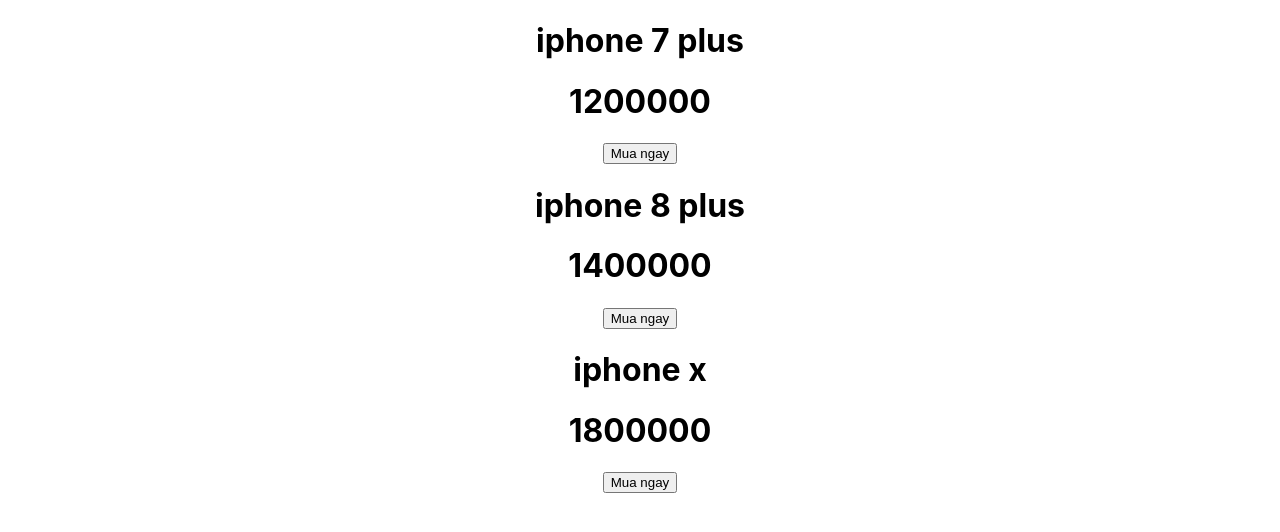
Repository: anhcanh1007/learn_react_2024
Page: /
The author's editor kept a copy of each file at every save. The page is drawn from the files as they stood at one save, then again after a run of saves.
The browser window is 1280 px wide. The pictures show the whole page.
The project was rebuilt for these pictures with package versions that can differ from the ones it lists, and the page was loaded fresh each time.

Above is the page before, as saved 2024-02-21 14:53:54.

After the next 3 saves:
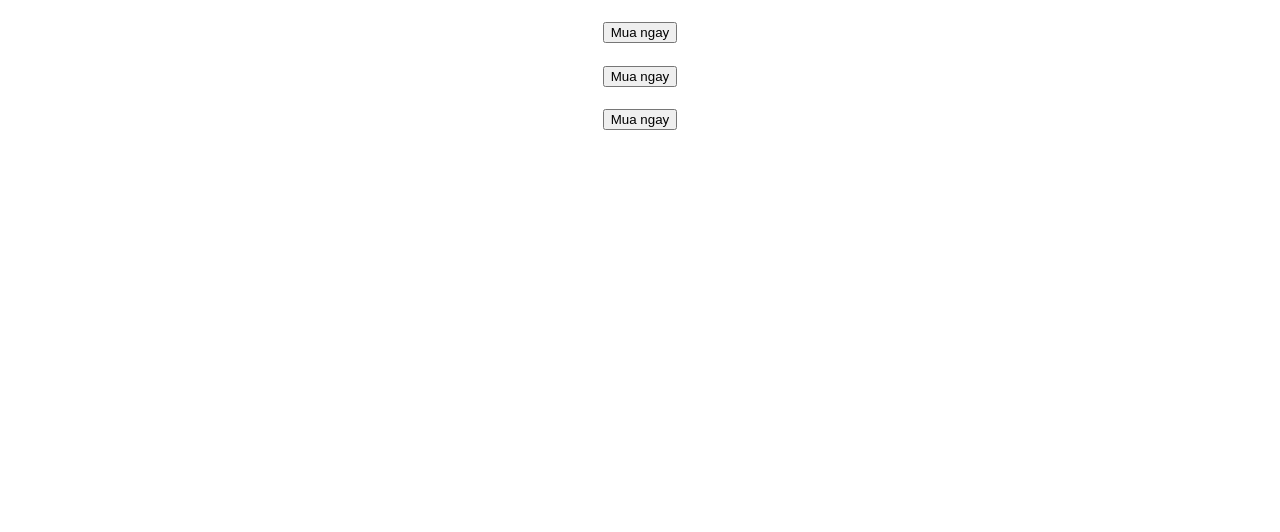
The 3 saves are shown as one change because they came seconds apart.
The last was saved 8 s later.
--- a/src/App.js
+++ b/src/App.js
@@ -23,7 +23,7 @@
   return (
     <div className="App">
       {products.map((product, index) => {
-        return <Product name={product.name} price={product.price} />;
+        return <Product {...props} />;
       })}
     </div>
   );

After the 2 saves that followed:
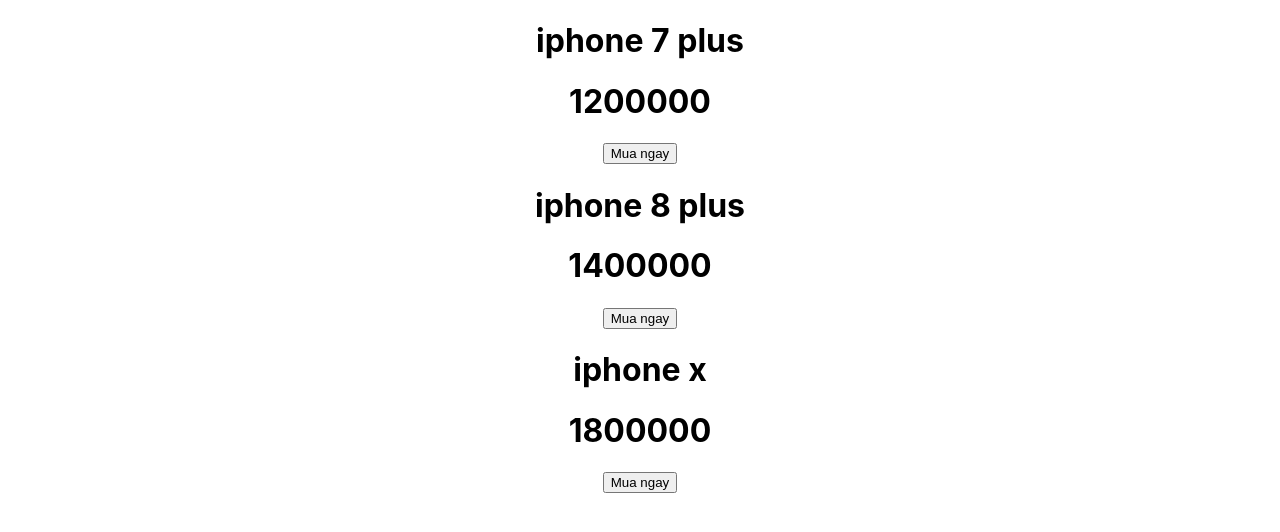
The 2 saves are shown as one change because they came seconds apart.
The last was saved 7 s later.
--- a/src/App.js
+++ b/src/App.js
@@ -1,7 +1,7 @@
 import "./App.css";
 import Product from "./Product";
 
-function App(props) {
+function App() {
   let products = [
     {
       id: 1,
@@ -23,7 +23,7 @@
   return (
     <div className="App">
       {products.map((product, index) => {
-        return <Product {...props} />;
+        return <Product name={product.name} price={product.price} />;
       })}
     </div>
   );
